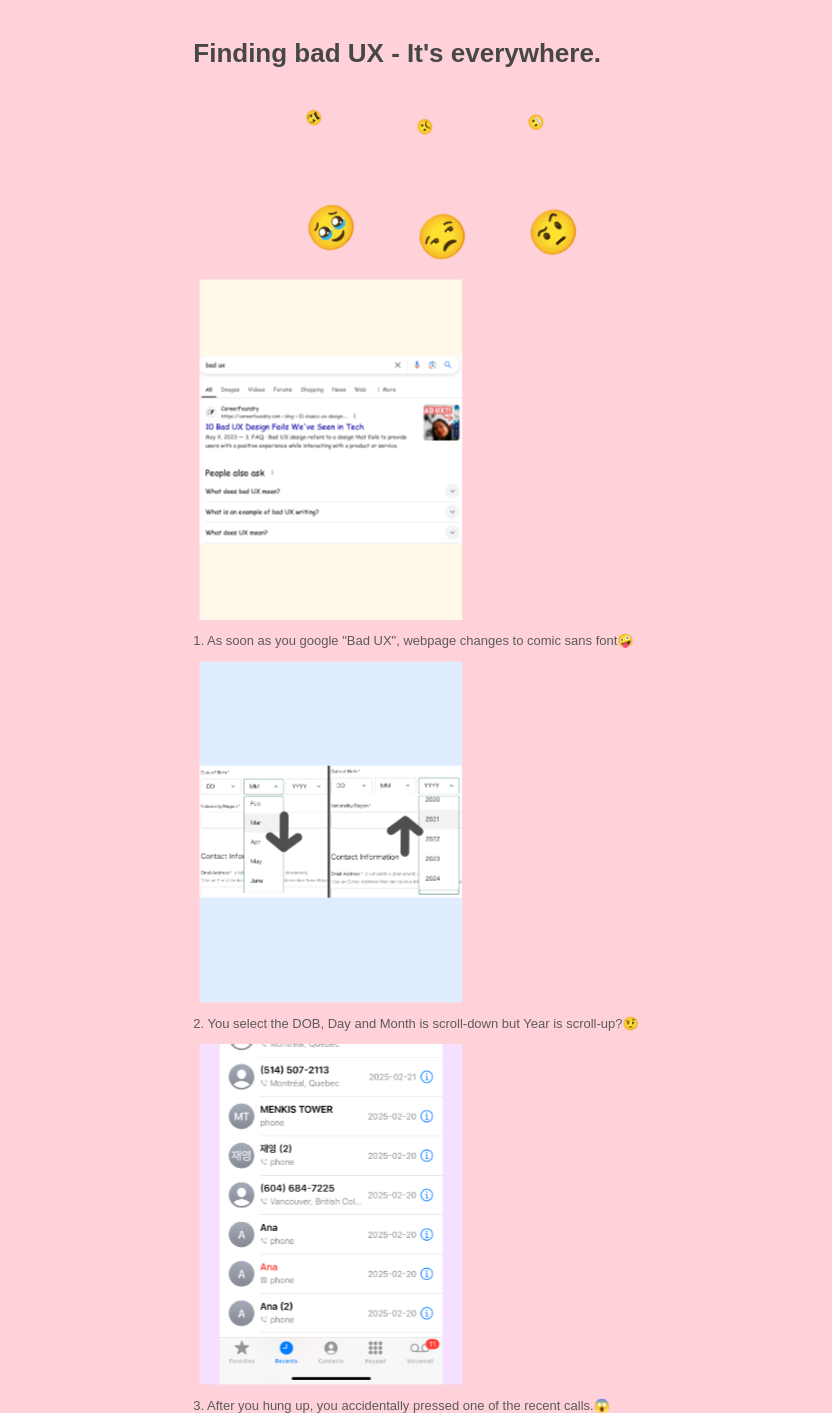
Repository: j1s00jang/MDIA-2109
Page: badUX.html
An editor plug-in stored every save of this project. The page is shown before and after the next save, followed by the edit.
The browser window is 1280 px wide. The pictures show the whole page, at 65% of full size.
Some web libraries are served in a nearby version.

Above is the page before, as saved 2025-03-02 13:28:54.

After the next save:
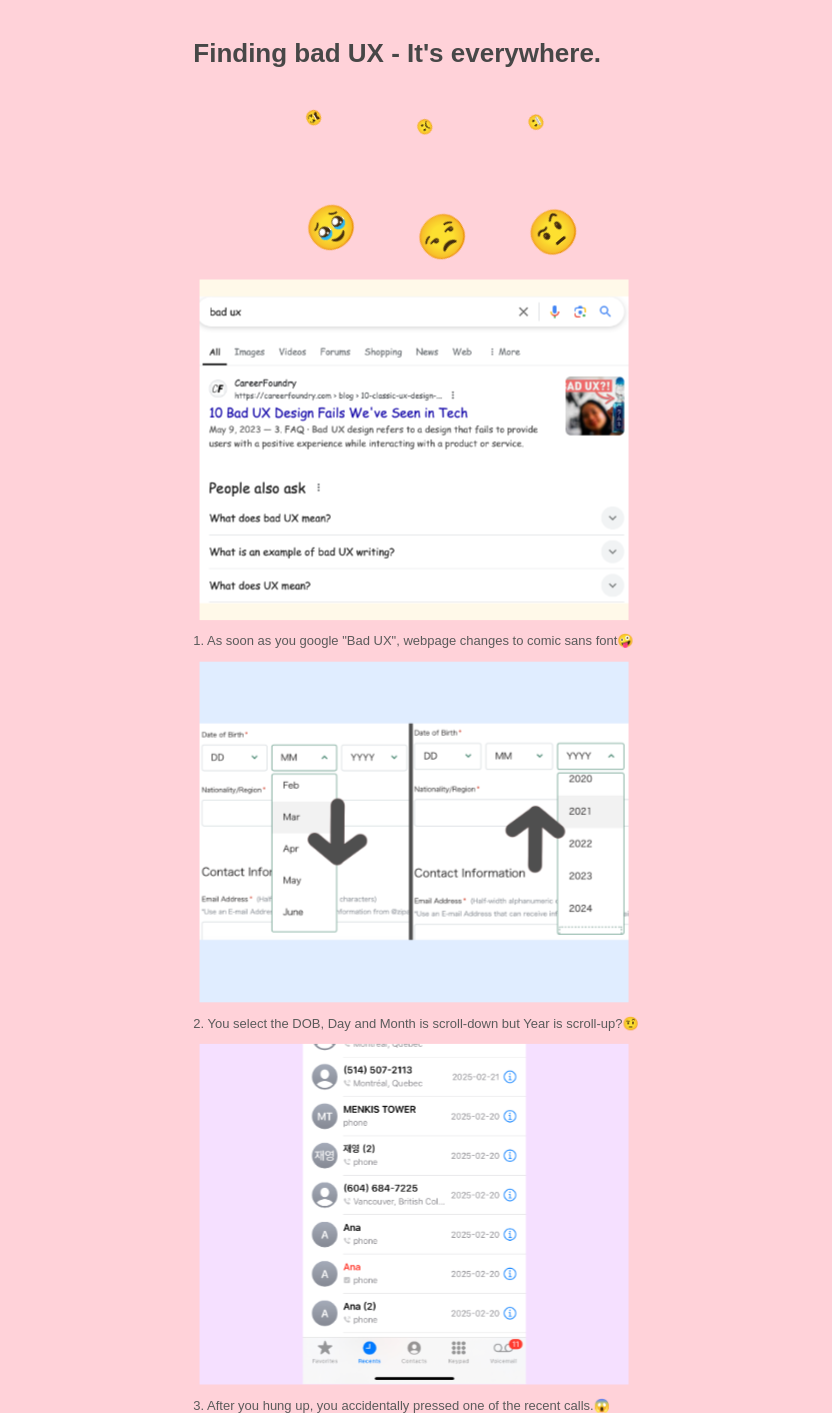
Saved 24 s later.
--- a/css/badUXstyles.css
+++ b/css/badUXstyles.css
@@ -22,7 +22,7 @@ body {
 .second,
 .third {
     position: relative;
-    width: 30vw;
+    width: 50vw;
     height: 70vh;
     overflow: hidden;
 }
@@ -32,7 +32,6 @@ body {
     padding: 10px;
     margin: 10px;
     font-size: 1.5em;
-
     display: flex;
     justify-content: center;
     align-items: center;
